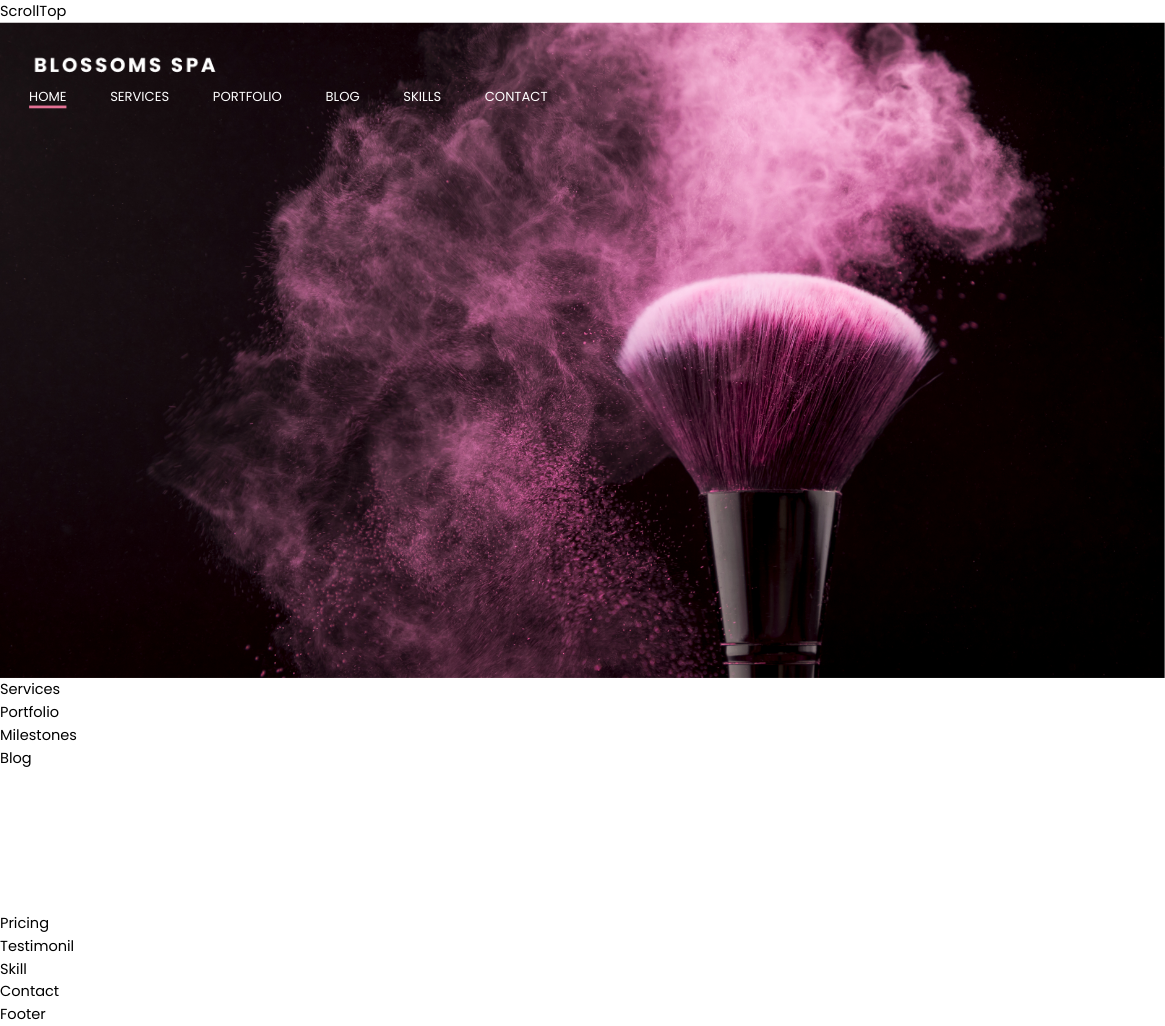
Repository: OmniaRafat232111121/animateSalon
Page: /
The author's editor kept a copy of each file at every save. The page is drawn from the files as they stood at one save, then again after a run of saves.
The browser window is 1280 px wide. The pictures show the whole page, at 91% of full size.
The project was rebuilt for these pictures with package versions that can differ from the ones it lists, and the page was loaded fresh each time.

Above is the page before, as saved 2022-07-26 00:47:38.

### src/index.css
@import url("https://fonts.googleapis.com/css2?family=Poppins:wght@100;200;300;400;500;600;700;800&display=swap");
:root {
  --primary-color: #180f14;
  --secondary-color: #e47194;
  --font-family: "Poppins", sans-serif;
}

* {
  margin: 0;
  padding: 0;
  box-sizing: border-box;
}

html {
  scroll-behavior: smooth;
  height: 100%;
  overflow-x: hidden;
}

body {
  overflow-x: hidden;
}

body,
button {
  font-family: var(--font-family);
}

::-webkit-scrollbar {
  background-color: var(--primary-color);
  width: 0.3rem;
}

::-webkit-scrollbar-thumb {
  background-color: var(--secondary-color);
}

@media screen and (min-width: 280px) and (max-width: 1080px) {
  body::-webkit-scrollbar {
    display: none;
  }
}

### src/App.js
import React from 'react'
import Blog from './components/Blog'
import Contact from './components/Contact'
import Footer from './components/Footer'
import Home from './components/Home'
import Milestones from './components/Milestones'
import Portfolio from './components/Portfolio'
import Pricing from './components/Pricing'
import ScrollTop from './components/ScrollTop'
import Services from './components/Services'
import Skill from './components/Skill'
import Testimonil from './components/Testimonil'

const App = () => {
  return (
 <>
 <ScrollTop />
 <Home/>
 <Services/>
 <Portfolio/>
 <Milestones/>
 <Blog/>
 <video/>
 <Pricing/>
 <Testimonil/>
 <Skill/>
 <Contact/>
 <Footer/>
 </>
  )
}

export default App

### src/components/Home.jsx
import React from 'react'
import styled from "styled-components"
import home from "../assets/home.png";
import Play from "../assets/play.png";
import Navbar from './Navbar';
const Home = () => {
  return (
    <Section id="home">
    <Navbar/>
    </Section>
  )
}
const Section=styled.section`
background: url(${home}) no-repeat center;
min-height:100vh;
background-size:cover;
position:relative;

`;

export default Home

### src/components/Milestones.jsx
import React from 'react'

const Milestones = () => {
  return (
    <div>Milestones</div>
  )
}

export default Milestones

### src/components/ScrollTop.jsx
import React from 'react'

const ScrollTop = () => {
  return (
    <div>ScrollTop</div>
  )
}

export default ScrollTop

### src/components/Testimonil.jsx
import React from 'react'

const Testimonil = () => {
  return (
    <div>Testimonil</div>
  )
}

export default Testimonil

### src/components/Navbar.jsx
import React,{useState} from 'react';
import styled from 'styled-components';
import logo from "../assets/logo.png";
import { GitHamBurgerMenu } from 'react-icons/gi'
import { MdClose } from "react-icons/md";

const Navbar = () => {
const {isNavOpen,setIsNavOpen}=useState(false);
  return (
    <Nav>
<div  className="brand__container">
 <a href="#" className="brand">
 <img src={logo}  alt="logo"/>
 </a>
 <div cassName="toggle"></div>
 <div className="links">
 <ul>
 <li className="active">
 <a href="#home">Home</a>
 </li>
 <li >
 <a href="#service">Services</a>
 </li>
 <li>
 <a href="#portfolio">Portfolio</a>
 </li>
 <li >
 <a href="#Blog">Blog</a>
 </li>
 <li >
 <a href="#skills">Skills</a>
 </li>
 <li >
 <a href="#contct">contact</a>
 </li>
 </ul>
 </div>
</div>
</Nav>
  )
}
const Nav=styled.nav`
 display: flex;
justify-content:space-between;
al
  margin: 0 2rem;
  color: #fff;
  padding-top: 2rem;
  .brand__container {
    margin: 0 2rem;
    .toggle {
      display: none;
    }
  }
  .links {
    ul {
      list-style-type: none;
      display: flex;
      gap: 3rem;
      .active{
        a {
          border-bottom: 0.2rem solid var(--secondary-color);
        }
      }
      li {
        a {
          color: #fff;
          text-decoration: none;
          font-weight: 400;
          font-size: 0.9rem;
          text-transform: uppercase;
        }
      }
    }
  }

`;
export default Navbar

Loaded but not shown: public/index.html (common file); src/index.js (common file); src/components/Blog.jsx (common file); src/components/Contact.jsx (common file); src/components/Footer.jsx (common file); src/components/Portfolio.jsx (common file); src/components/Pricing.jsx (common file); src/components/Services.jsx (common file); src/components/Skill.jsx (common file)

After the next 5 saves:
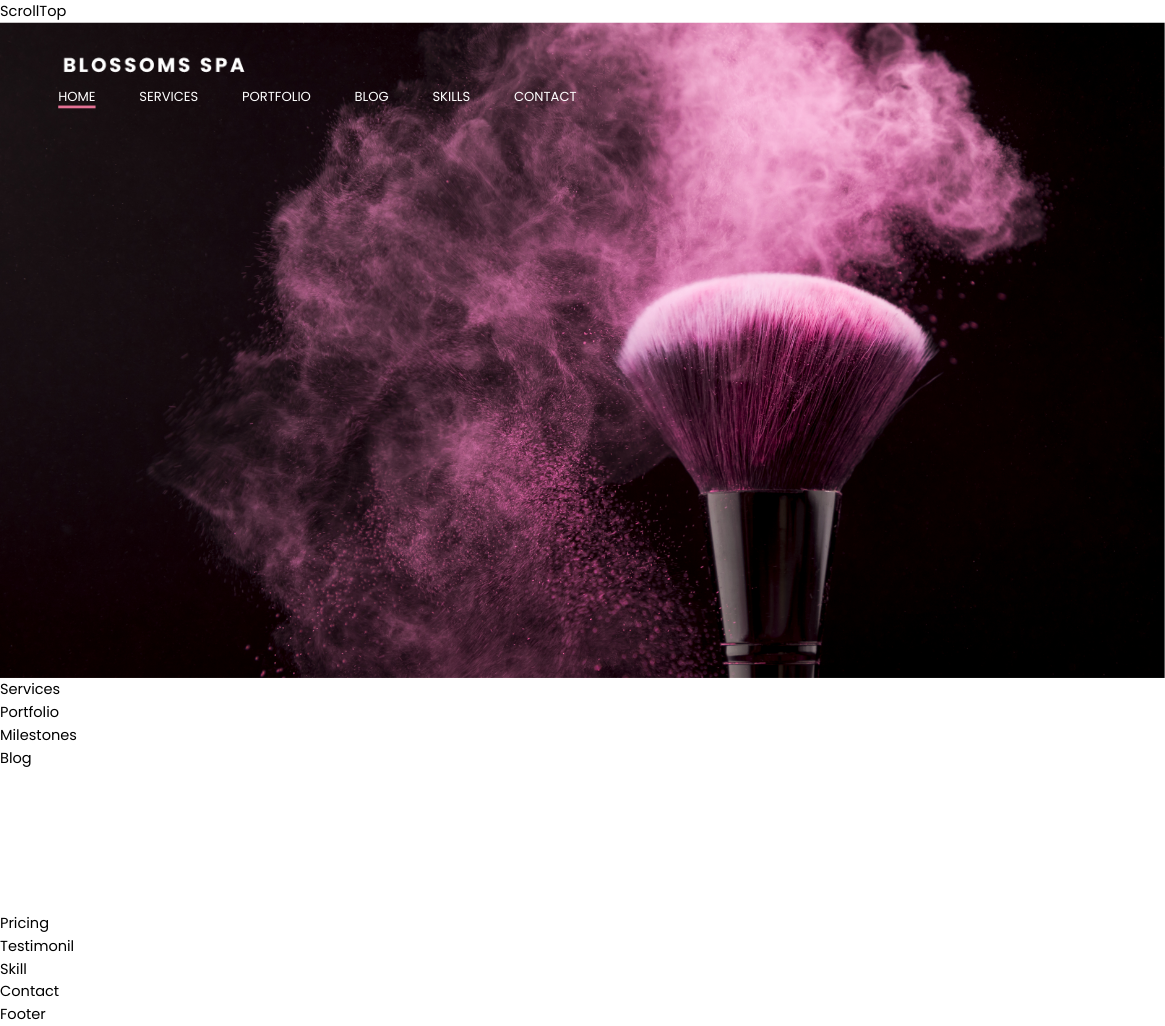
The 5 saves are shown as one change because they came seconds apart.
The last was saved 8 s later.
--- a/src/components/Navbar.jsx
+++ b/src/components/Navbar.jsx
@@ -42,7 +42,7 @@ const {isNavOpen,setIsNavOpen}=useState(false);
 const Nav=styled.nav`
  display: flex;
 justify-content:space-between;
-al
+align-items:center;
   margin: 0 2rem;
   color: #fff;
   padding-top: 2rem;
